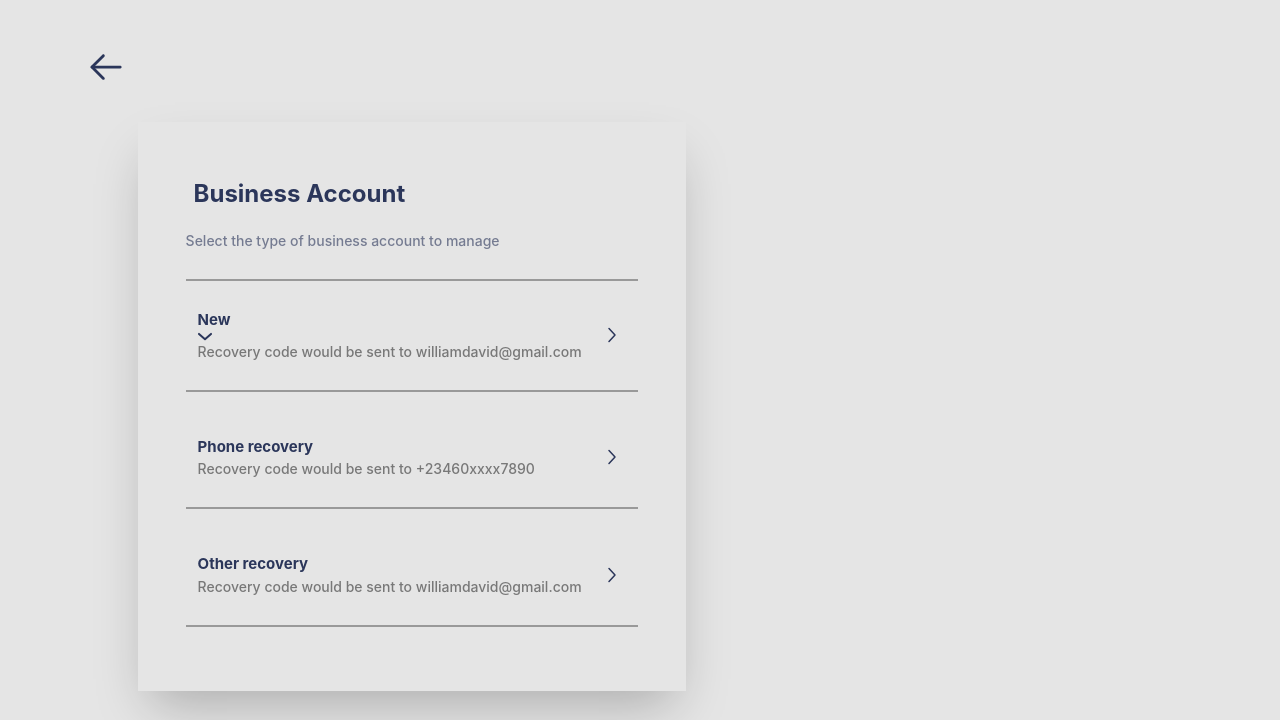
Repository: Osomhe1/findme_task
Page: /account
The author's editor kept a copy of each file at every save. The page is drawn from the files as they stood at one save, then again after the next save.
The browser window is 1280 px wide. The pictures show the whole page.
The project was rebuilt for these pictures with package versions that can differ from the ones it lists, and the page was loaded fresh each time. Also part of the build but not shown: src/component/Clip.css, src/component/Logo.js, src/component/Drag.js, src/component/Memories.js, src/component/Publish.js, src/component/Insight.js, src/component/User.js, src/component/Clip.js and 20 more.

Above is the page before, as saved 2023-04-10 09:21:42.

After the next save:
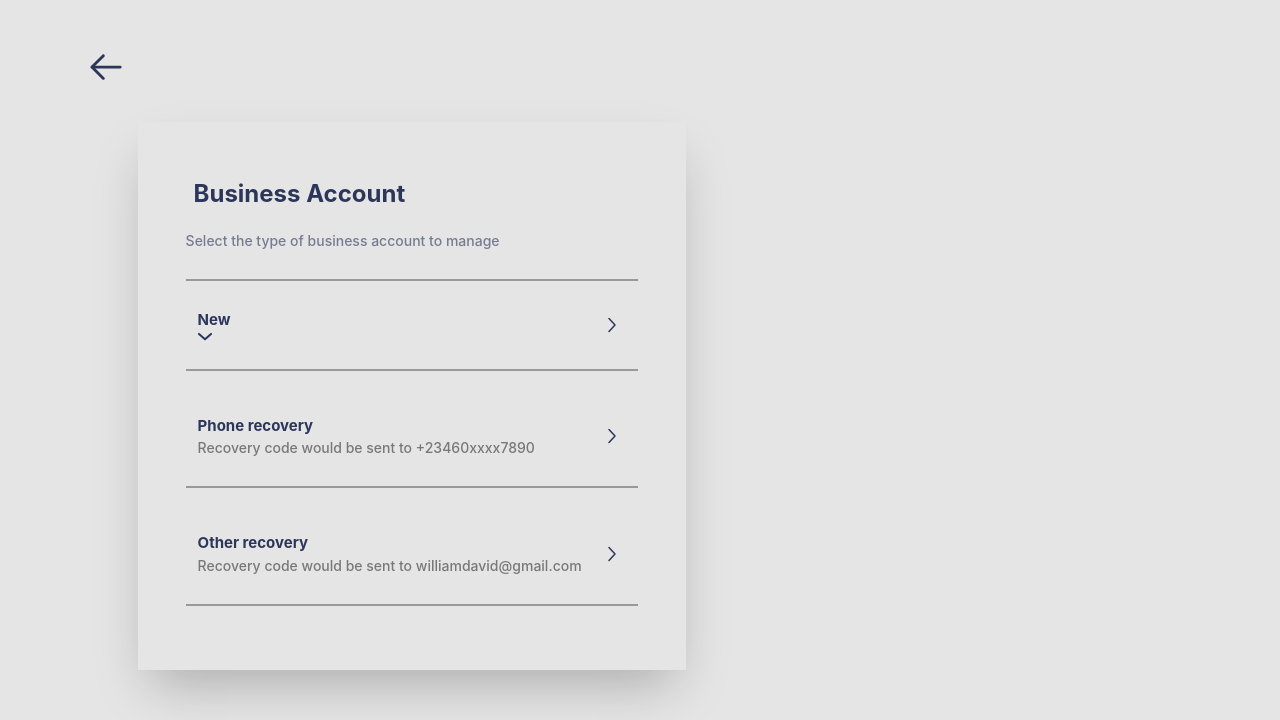
Saved 12 s later.
--- a/src/component/pages/Account.js
+++ b/src/component/pages/Account.js
@@ -59,9 +59,9 @@ export default function Account() {
                         />
                       </svg>
                     </div>
-                    <p className="text-[#787878] text-[14px] font-medium ">
+                    {/* <p className="text-[#787878] text-[14px] font-medium ">
                       Recovery code would be sent to williamdavid@gmail.com
-                    </p>
+                    </p> */}
                   </div>
                 </Link>
                 <div className="">
